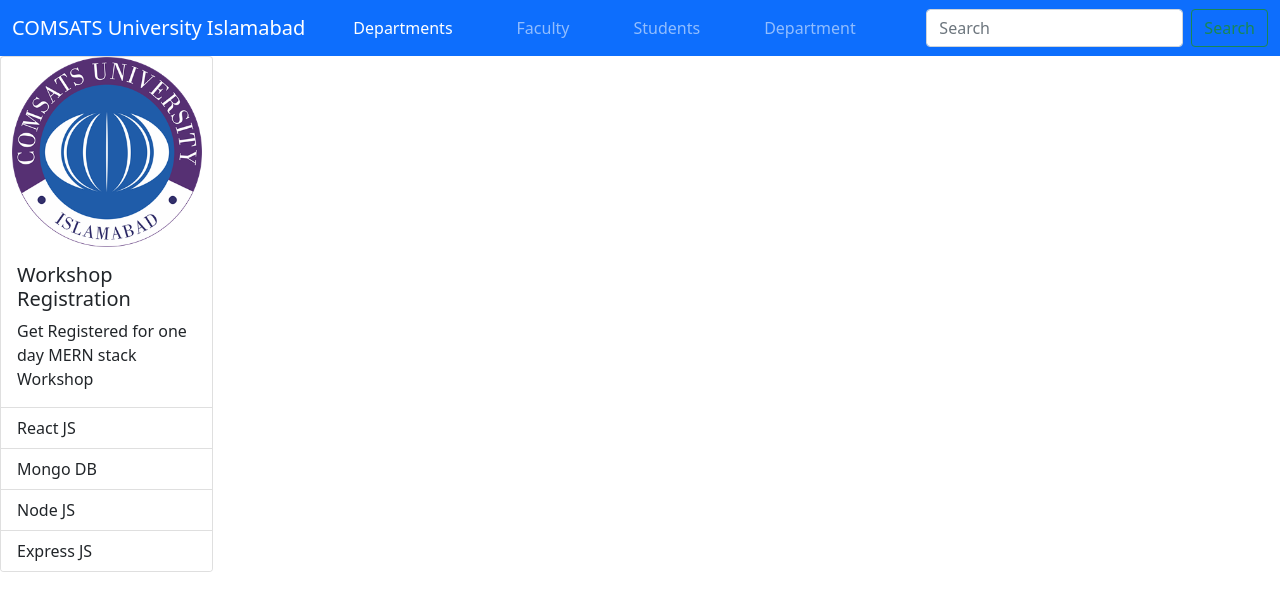
Repository: SaudCh/Web-Mid-Exams
Page: /home
The author's editor kept a copy of each file at every save. The page is drawn from the files as they stood at one save, then again after the next save.
The browser window is 1280 px wide. The pictures show the whole page.
The project was rebuilt for these pictures with package versions that can differ from the ones it lists, and the page was loaded fresh each time.

Above is the page before, as saved 2021-11-22 10:50:23.

After the next save:
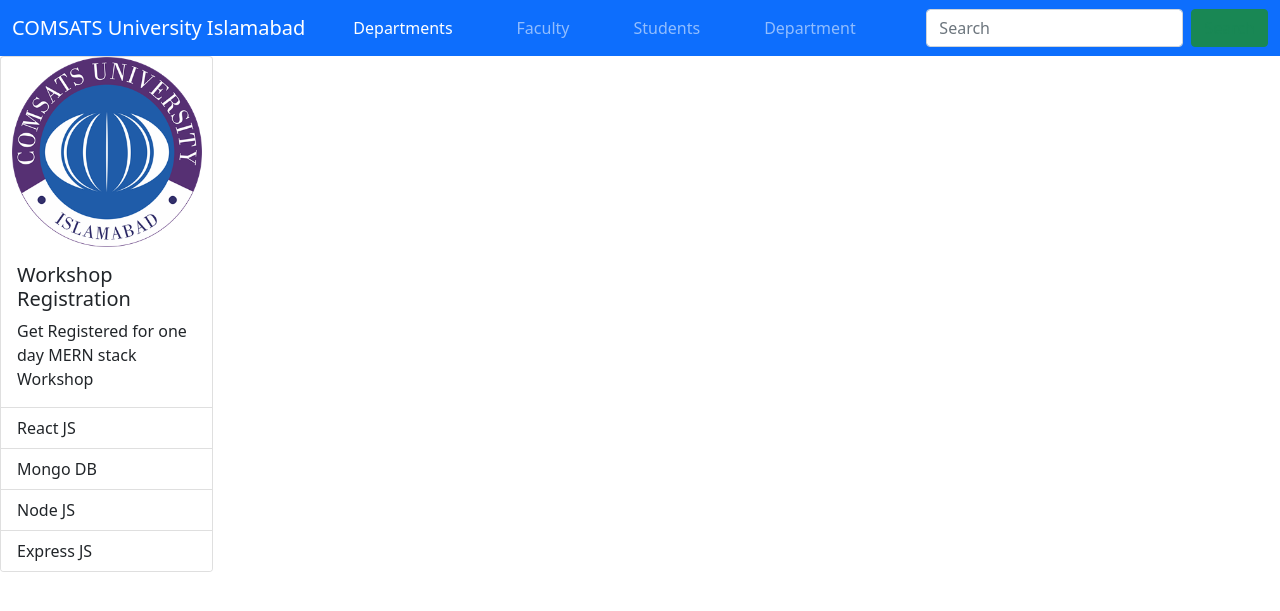
Saved 32 s later.
--- a/src/Shared/Header.jsx
+++ b/src/Shared/Header.jsx
@@ -61,7 +61,7 @@
               placeholder="Search"
               aria-label="Search"
             />
-            <button class="btn btn-outline-success" type="submit">
+            <button class="btn btn-outline-success btn-success" type="submit">
               Search
             </button>
           </form>
